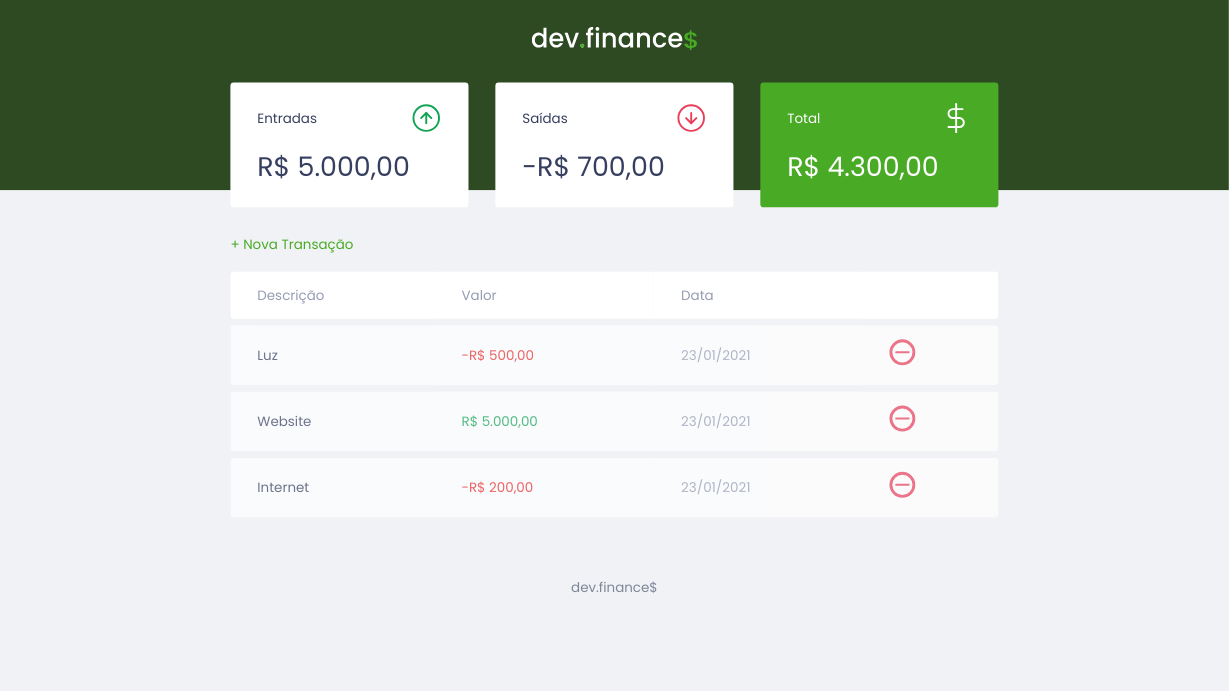
Repository: rafaelmgr12/maratona-dev01
Page: index.html
An editor plug-in stored every save of this project. The page is shown before and after the next save, followed by the edit.
The browser window is 1280 px wide. The pictures show the whole page, at 96% of full size.

Above is the page before, as saved 2021-05-01 13:36:04.

### index.html
<!DOCTYPE html>
<html lang="pt-br">
  <head>
    <meta charset="UTF-8" />
    <meta name="viewport" content="width=device-width, initial-scale=1.0" />
    <title>Rafael.appdev.finance$</title>

    <link rel="stylesheet" href="./style.css" />
    <link rel="preconnect" href="https://fonts.gstatic.com" />
    <link
      href="https://fonts.googleapis.com/css2?family=Poppins:ital,wght@0,100;0,400;0,700;1,100;1,400;1,700&display=swap"
      rel="stylesheet"
    />
  </head>
  <body>
    <header>
      <img src="./assets/logo.svg" alt="Logo Dev Finance" />
    </header>

    <main class="container">
      <section id="balance">
        <h2 class="sr-only">Balanço</h2>

        <div class="card">
          <h3>
            <span> Entradas </span>
            <img src="./assets/income.svg" alt="Image de entradas" />
          </h3>
          <p id = "incomeDisplay">R$ 5.000,00</p>
        </div>

        <div class="card">
          <h3>
            <span> Saídas </span>
            <img src="./assets/expense.svg" alt="Image de saídas" />
          </h3>
          <p id = "expenseDisplay">R$ 2.000,00</p>
        </div>

        <div class="card total">
          <h3>
            <span> Total </span>
            <img src="./assets/total.svg" alt="Image de total" />
          </h3>
          <p id="totalDisplay">R$ 3.000,00</p>
        </div>
      </section>

      <section id="transaction">
        <h2 class="sr-only">Transações</h2>

        <a href="#" onclick="Modal.open()" class="button new"
          >+ Nova Transação</a
        >

        <table id="data-table">
          <thead>
            <tr>
              <th>Descrição</th>
              <th>Valor</th>
              <th>Data</th>
              <th></th>
            </tr>
          </thead>
          <tbody>

          </tbody>
        </table>
      </section>
    </main>

    <div class="modal-overlay">
      <div class="modal">
        <div id="form">
          <h2>Nova Transação</h2>
          <form action="">
            <div class="input-group">
              <label class="sr-only" for="description">Descrição</label>
              <input
                type="text"
                id="description"
                name="description"
                placeholder="Descrição"
              />
            </div>

            <div class="input-group">
              <label class="sr-only" for="amount">Valor</label>
              <input
                type="number"
                step="0.01"
                id="amount"
                name="amount"
                placeholder="0,00"
              />
              <small class="help"
                >Use o sinal - (negativo) para despesas e , (vírgula) para casas
                decimais</small
              >
            </div>

            <div class="input-group">
              <label class="sr-only" for="date">Data</label>
              <input type="date" id="date" name="date" />
            </div>

            <div class="input-group actions">
              <a onclick="Modal.close()" href="#" class="button cancel"
                >Cancelar</a
              >
              <button>Salvar</button>
            </div>
          </form>
        </div>
      </div>
    </div>

    <footer><p>dev.finance$</p></footer>

    <script src = "./scripts.js"></script>
  </body>
</html>

### style.css
/* Global ===================== */
:root {
  --dark-blue: #363f5f;
  --green: #49aa26;
  --light-green: #3dd705;
  --red: #e92929;
}

* {
  margin: 0;
  padding: 0;
  box-sizing: border-box;
}

html {
  font-size: 93.75%; /* 15px */
}

body {
  background: #f0f2f5;
  font-family: "Poppins", sans-serif;
}

.sr-only {
  position: absolute;
  width: 1px;
  height: 1px;
  padding: 0;
  margin: -1px;
  overflow: hidden;
  clip: rect(0, 0, 0, 0);
  white-space: nowrap;
  border-width: 0;
}

.container {
  width: min(90vw, 800px);
  margin: auto;
}

/* Titles ===================== */
h2 {
  margin-top: 3.2rem;
  margin-bottom: 0.8rem;
  color: var(--dark-blue);

  font-weight: normal;
}

/* Links & Buttons ===================== */
a {
  color: var(--green);
  text-decoration: none;
}

a:hover {
  color: var(--light-green);
}

button {
  width: 100%;
  height: 50px;

  border: none;

  color: white;
  background: var(--green);

  padding: 0;

  border-radius: 0.25rem;

  cursor: pointer;
}

button:hover {
  background: var(--light-green);
}

.button.new {
  display: inline-block;
  margin-bottom: 0.8rem;
}

.button.cancel {
  color: var(--red);
  border: 2px var(--red) solid;
  border-radius: 0.25rem;

  height: 50px;

  display: flex;
  align-items: center;
  justify-content: center;

  opacity: 0.6;
}

.button.cancel:hover {
  opacity: 1;
}

/* Header ===================== */
header {
  background: #2d4a22;
  padding: 2rem 0 10rem;
  text-align: center;
}

#logo {
  color: #fff;
  font-weight: 100;
}

/* Balance ===================== */
#balance {
  margin-top: -8rem;
}

#balance h2 {
  color: white;
  margin-top: 0;
}

/* Cards ===================== */
.card {
  background: white;
  padding: 1.5rem 2rem;
  border-radius: 0.25rem;

  margin-bottom: 2rem;

  color: var(--dark-blue);
}

.card h3 {
  font-weight: normal;
  font-size: 1rem;

  display: flex;
  align-items: center;
  justify-content: space-between;
}

.card p {
  font-size: 2rem;
  line-height: 3rem;

  margin-top: 1rem;
}

.card.total {
  background: var(--green);
  color: white;
}

/* Table ===================== */
#transaction {
  display: block;
  width: 100%;
  overflow-x: auto;
}
#data-table {
  width: 100%;
  border-spacing: 0 0.5rem;
  color: #969cb3;
}

table thead tr th:first-child,
table tbody tr td:first-child {
  border-radius: 0.25rem 0 0 0.25rem;
}

table thead tr th:last-child,
table tbody tr td:last-child {
  border-radius: 0 0.25rem 0.25rem 0;
}

table thead th {
  background: white;

  font-weight: normal;
  padding: 1rem 2rem;

  text-align: left;
}

table tbody tr {
  opacity: 0.7;
}

table tbody tr:hover {
  opacity: 1;
}

table tbody td {
  background: white;
  padding: 1rem 2rem;
}

td.description {
  color: var(--dark-blue);
}

td.income {
  color: #12a454;
}

td.expense {
  color: #e92929;
}

/* Modal ===================== */
.modal-overlay {
  width: 100%;
  height: 100%;

  background-color: rgba(0, 0, 0, 0.7);

  position: fixed;
  top: 0;

  display: flex;
  align-items: center;
  justify-content: center;

  opacity: 0;
  visibility: hidden;

  z-index: 999;
}

.modal-overlay.active {
  opacity: 1;
  visibility: visible;
}

.modal {
  background: #f0f2f5;
  padding: 2.4rem;

  position: relative;
  z-index: 1;
}

/* Form ===================== */
#form {
  max-width: 500px;
}

#form h2 {
  margin-top: 0;
}

input {
  border: none;
  border-radius: 0.2rem;

  padding: 0.8rem;

  width: 100%;
}

.input-group {
  margin-top: 0.8rem;
}

.input-group small {
  opacity: 0.4;
}

.input-group.actions {
  display: flex;
  justify-content: space-between;
  align-items: center;
}

.input-group.actions .button,
.input-group.actions button {
  width: 48%;
}

/* Footer ===================== */
footer {
  text-align: center;
  padding: 4rem 0 2rem;
  color: var(--dark-blue);

  opacity: 0.6;
}

/* Responsive ===================== */
@media (min-width: 800px) {
  html {
    font-size: 87.5%;
  }

  #balance {
    display: grid;
    grid-template-columns: repeat(3, 1fr);
    gap: 2rem;
  }
}

### scripts.js
const Modal = {
  open() {
    // Abrir modal
    // Adicionar a class active ao modal
    document.querySelector(".modal-overlay").classList.add("active");
  },
  close() {
    // fechar o modal
    // remover a class active do modal
    document.querySelector(".modal-overlay").classList.remove("active");
  },
};

const transactions = [
  {
    id: 1,
    description: "Luz",
    amount: -50000,
    date: "23/01/2021",
  },
  { id: 2, description: "Website", amount: 500000, date: "23/01/2021" },
  { id: 3, description: "Internet", amount: -20000, date: "23/01/2021" },
];

const Transaction = {
  all: transactions,
  add(transaction) {
    Transaction.all.push(transaction)

    App.reload()
  },
  income() {
    let income = 0;
    Transaction.all.forEach((transaction) => {
      if (transaction.amount > 0) {
        income += transaction.amount;
      }
    });
    return income;
    // somar as entradas
  },
  expense() {
    let expense = 0;
    Transaction.all.forEach((transaction) => {
      if (transaction.amount < 0) {
        expense += transaction.amount;
      }

      // somar saídas/gastos
    });
    return expense;
  },
  total() {
    return Transaction.income() + Transaction.expense();
    // entradas - saídas
  },
};

const DOM = {
  transactionContainer: document.querySelector("#data-table tbody"),

  addTransaction(transaction, index) {
    const tr = document.createElement("tr");
    tr.innerHTML = DOM.innerHTMLTransaction(transaction);

    DOM.transactionContainer.appendChild(tr);
  },

  innerHTMLTransaction(transaction) {
    const CSSclass = transaction.amount > 0 ? "income" : "expense";

    const amount = Utils.formatCurrency(transaction.amount);

    const html = `
      <td class="description">${transaction.description}</td>
      <td class="${CSSclass}">${amount}</td>
      <td class="date">${transaction.date}</td>
      <td>
          <img src="./assets/minus.svg" alt="Remover transação" />
      </td>
    `;
    return html;
  },

  updateBalance() {
    document.getElementById("incomeDisplay").innerHTML = Utils.formatCurrency(
      Transaction.income()
    );
    document.getElementById("expenseDisplay").innerHTML = Utils.formatCurrency(
      Transaction.expense()
    );
    document.getElementById("totalDisplay").innerHTML = Utils.formatCurrency(
      Transaction.total()
    );
  },
  clearTransactions() {
    DOM.transactionContainer.innerHTML = ""
  }
};

//DOM.addTransaction(transactions)

const Utils = {
  formatCurrency(value) {
    const signal = Number(value) < 0 ? "-" : "";

    value = String(value).replace(/\D/g, "");

    value = Number(value) / 100;

    value = value.toLocaleString("pt-BR", {
      style: "currency",
      currency: "BRL",
    });
    return signal + value;
  },
};

const App = {
  init() {
    Transaction.all.forEach((transaction) => {
      DOM.addTransaction(transaction);
    });

    DOM.updateBalance();

    //Storage.set(Transaction.all)
  },
  reload() {
    DOM.clearTransactions()
    App.init();
  },
};

App.init();

After the next save:
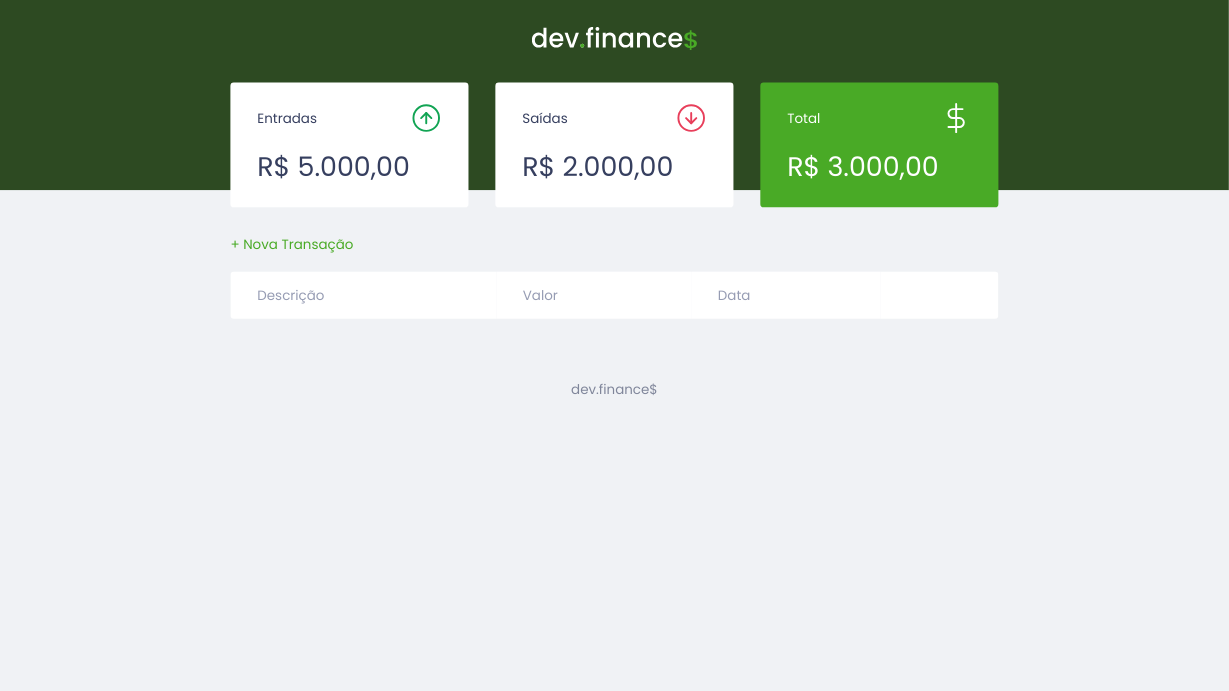
Console error: TypeError: Transaction.addTransaction is not a function
Saved 2 min 12 s later.
--- a/scripts.js
+++ b/scripts.js
@@ -132,4 +132,11 @@
   },
 };
 
+Transaction.addTransaction({
+  id : 39,
+  description : "ola",
+  amount: 200,
+  date: "23/01/2021"
+})
+
 App.init();

After the save that followed:
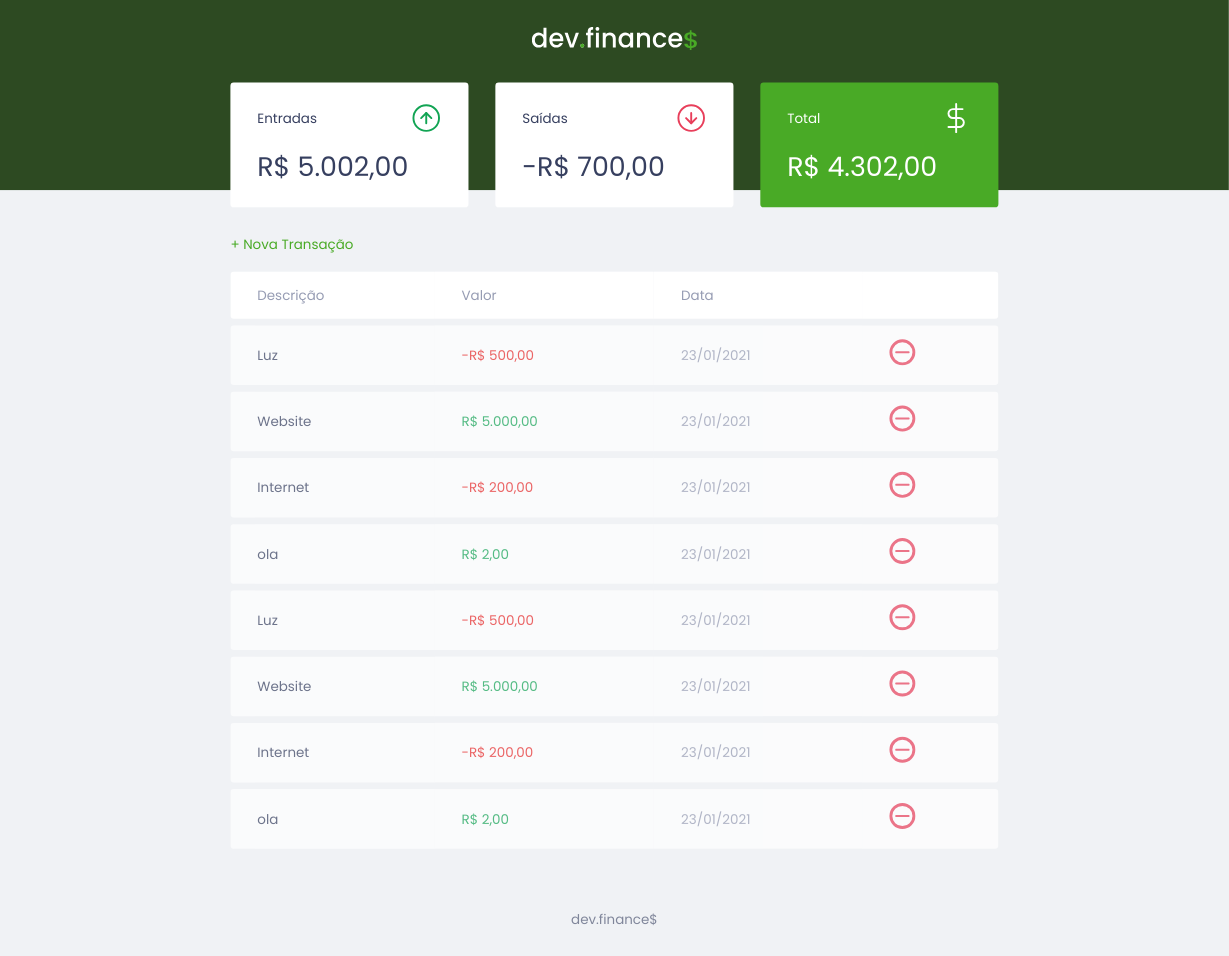
The error is gone.
Saved 55 s later.
--- a/scripts.js
+++ b/scripts.js
@@ -132,7 +132,7 @@
   },
 };
 
-Transaction.addTransaction({
+Transaction.add({
   id : 39,
   description : "ola",
   amount: 200,
